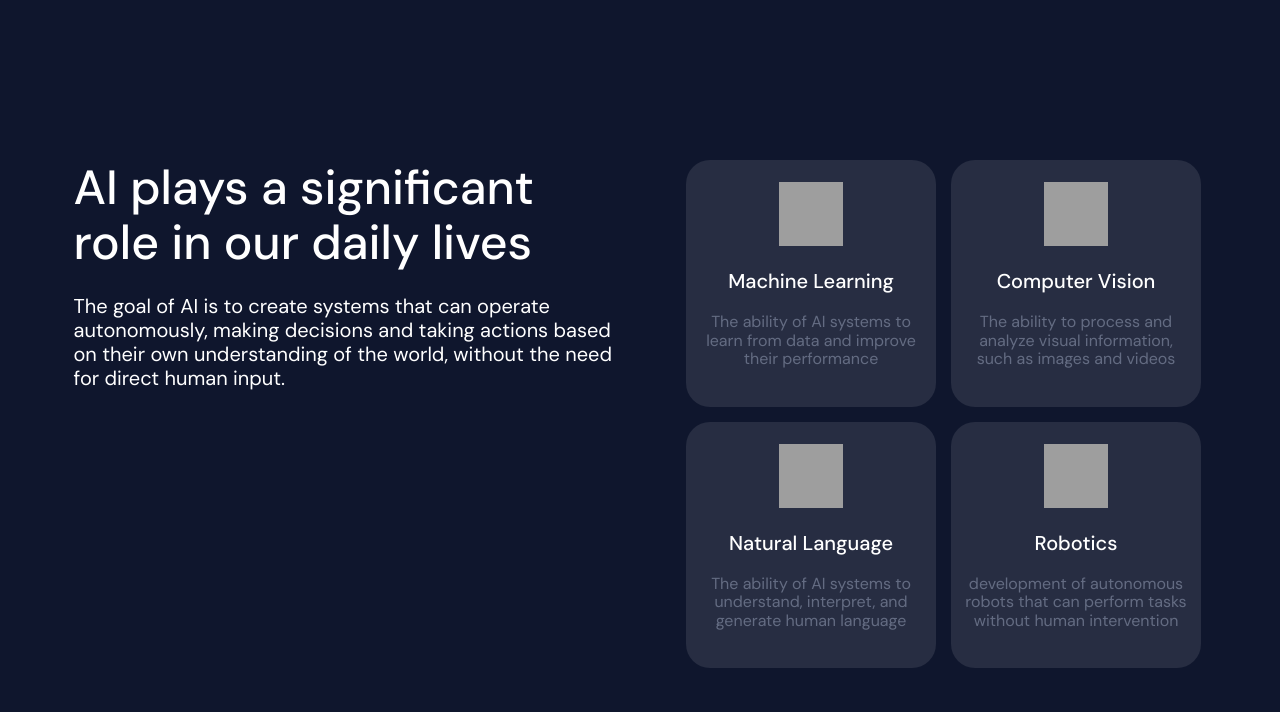
Repository: guli95/four-areas-of-AI-INVO-ACAdemy
Page: /
These files come from the project's save history. The page is drawn as it stood at one moment and after the next save; the edit follows.
The browser window is 1280 px wide. The pictures show the whole page.
Pictures or frames that could not be fetched are drawn as grey boxes. The project was rebuilt for these pictures with package versions that can differ from the ones it lists, and the page was loaded fresh each time.

Above is the page before, as saved 2023-03-13 15:36:25.

After the next save:
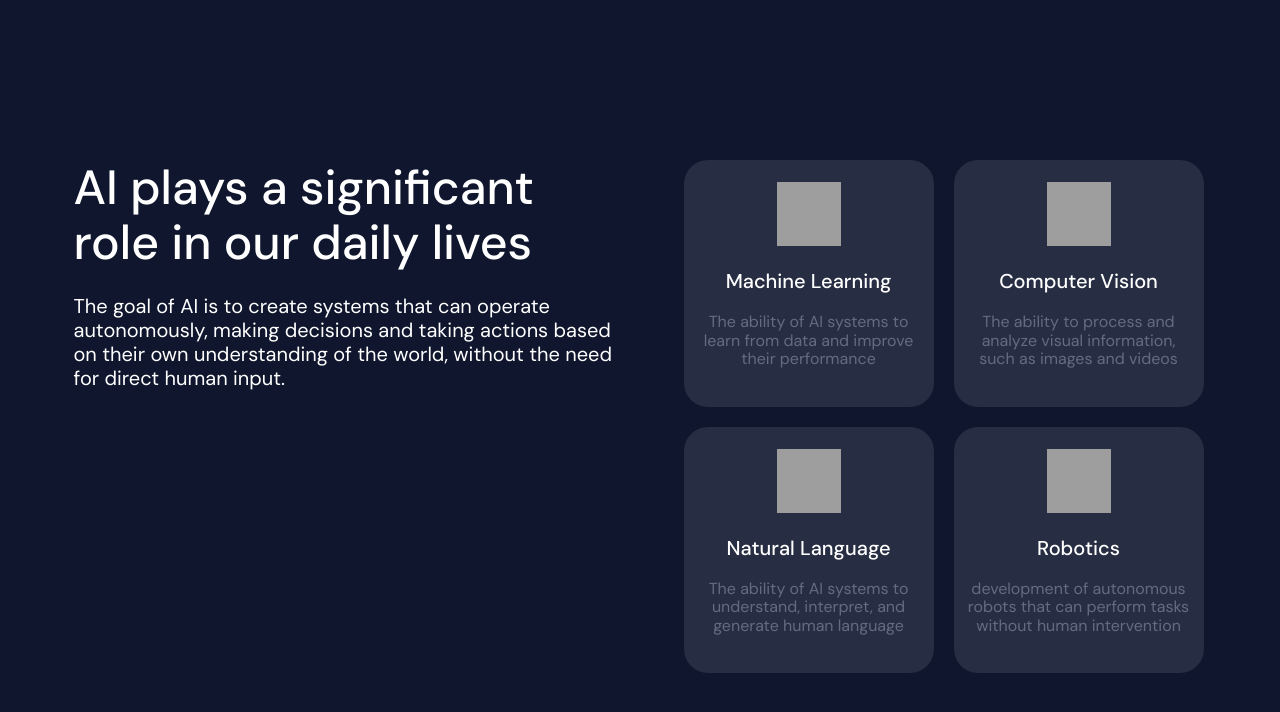
Saved 4 s later.
--- a/src/pages/home-page/styles/home-page.scss
+++ b/src/pages/home-page/styles/home-page.scss
@@ -59,7 +59,7 @@
         display: flex;
         justify-content: center;
         flex-wrap: wrap;
-        gap: 15px;
+        gap: 20px;
         max-width: 620px;
         @media screen and (max-width:1024px) {
             width: 100%;
